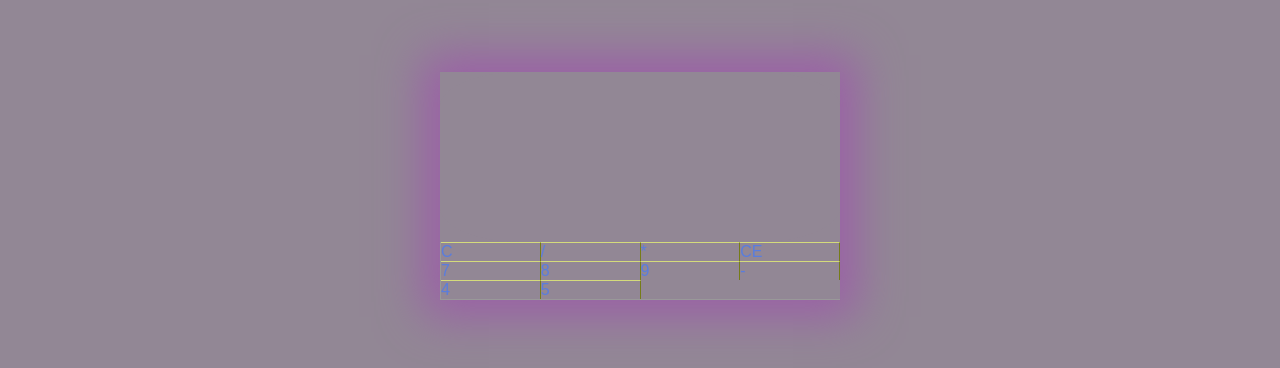
Repository: LuisMiLR/Calculatrice-with-JS---HTML---CSS-
Page: index.html
These files come from the project's save history. The page is drawn as it stood at one moment and after the next save; the edit follows.
The browser window is 1280 px wide. The pictures show the whole page.

Above is the page before, as saved 2023-03-20 22:19:40.

### index.html
<!DOCTYPE html>
<html lang="fr">
<head>
    <meta charset="UTF-8">
    <meta http-equiv="X-UA-Compatible" content="IE=edge">
    <meta name="viewport" content="width=device-width, initial-scale=1.0">
    <title>Calculator with javascript</title>
    <link rel="stylesheet" href="./style.css">

</head>
<body>
    <div class="container"></div>
    <script src="apps.js" type="module"></script>
</body>
</html>

### style.css
*{
    padding: 0;
    margin: 0;
    font-family: sans-serif;
    box-sizing: border-box;
    background-color: rgb(146, 135, 149);
}
.container {
    max-width: 400px;
    margin: 10vh auto 0 auto;
    box-shadow: 0px 0px 43px 17px rgb(155, 96, 167);
}

#display {
    text-align: right;
    height: 170px;
    border: #999;
    border-radius: 20%;
    line-height: 70px;
    padding: 16px 8px;
    font-size: 25px;
}

.buttons {
    display: grid;
    border-bottom: 1px solid #999;
    border-left: 1px solid#999;
    color: rgb(89, 125, 222);
    grid-template-columns: 1fr 1fr 1fr 1fr;
}

.buttons > div {
    border-top: 1px solid #d4db7b;
    border-right: 1px solid#767c18;
}

.bouton,
.bouton1,
.bouton2,
.bouton3,
.bouton4,
.bouton5,
.bouton6,
.bouton7,
.bouton8,
.bouton9,
.bouton10,
.bouton11,
.bouton12,
.bouton13,
.bouton14,
.bouton15,
.bouton16,
.bouton17,
.bouton18,
.bouton19
{
    border: 2.5px solid #19ae08;
    line-height: 63px;
    border-radius: 20%;
    text-align: center;
    font-size: 25px;
    cursor: pointer;
}

#egal {
    background-color: rgb(40, 40, 141);
    color: white;
}

.bouton:hover,
.bouton1:hover,
.bouton2:hover,
.bouton3:hover,
.bouton4:hover,
.bouton5:hover,
.bouton6:hover,
.bouton7:hover,
.bouton8:hover,
.bouton9:hover,
.bouton10:hover,
.bouton11:hover,
.bouton12:hover,
.bouton13:hover,
.bouton14:hover,
.bouton15:hover,
.bouton16:hover,
.bouton17:hover,
.bouton18:hover,
.bouton19:hover {
    background-color: rgb(105, 42, 126);
    transition: 0.5s ease-in-out;
}

### apps.js
const container = document.querySelector('.container');

const divId = document.createElement("div");
container.appendChild(divId);
divId.id = 'display';

let buttons = document.createElement("div");
buttons.classList.add("buttons");
container.appendChild(buttons);

const button = document.createElement('div');
button.className = "button";
button.textContent = "C";
buttons.appendChild(button);

const button1 = document.createElement('div');
button1.className = "button";
button1.textContent = "/";
buttons.appendChild(button1);

const button2 = document.createElement('div');
button2.className = "button";
button2.textContent = "*";
buttons.appendChild(button2);

const button3 = document.createElement('div');
button3.className = "button";
button3.textContent = "CE";
buttons.appendChild(button3);

const button4 = document.createElement('div');
button4.className = "button";
button4.textContent = "7";
buttons.appendChild(button4);

const button5 = document.createElement('div');
button5.className = "button";
button5.textContent = "8";
buttons.appendChild(button5);

const button6 = document.createElement('div');
button6.className = "button";
button6.textContent = "9";
buttons.appendChild(button6);

const button7 = document.createElement('div');
button7.className = "button";
button7.textContent = "-";
buttons.appendChild(button7);

const button8 = document.createElement('div');
button8.className = "button";
button8.textContent = "4";
buttons.appendChild(button8);

const button9 = document.createElement('div');
button9.className = "button";
button9.textContent = "5";
buttons.appendChild(button9);

After the next save:
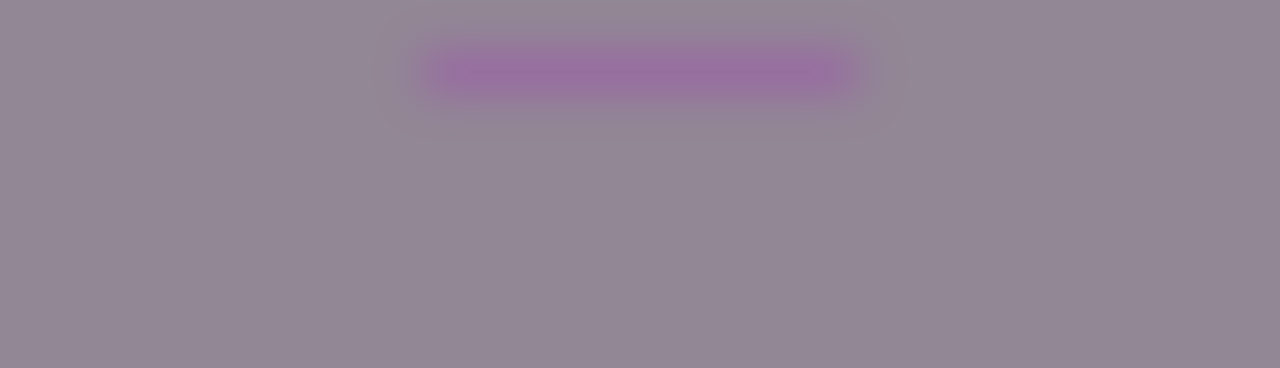
Console error: SyntaxError: Identifier 'button9' has already been declared
Saved 7 s later.
--- a/apps.js
+++ b/apps.js
@@ -57,3 +57,8 @@ const button9 = document.createElement('div');
 button9.className = "button";
 button9.textContent = "5";
 buttons.appendChild(button9);
+
+const button9 = document.createElement('div');
+button9.className = "button";
+button9.textContent = "5";
+buttons.appendChild(button9);

After the save that followed:
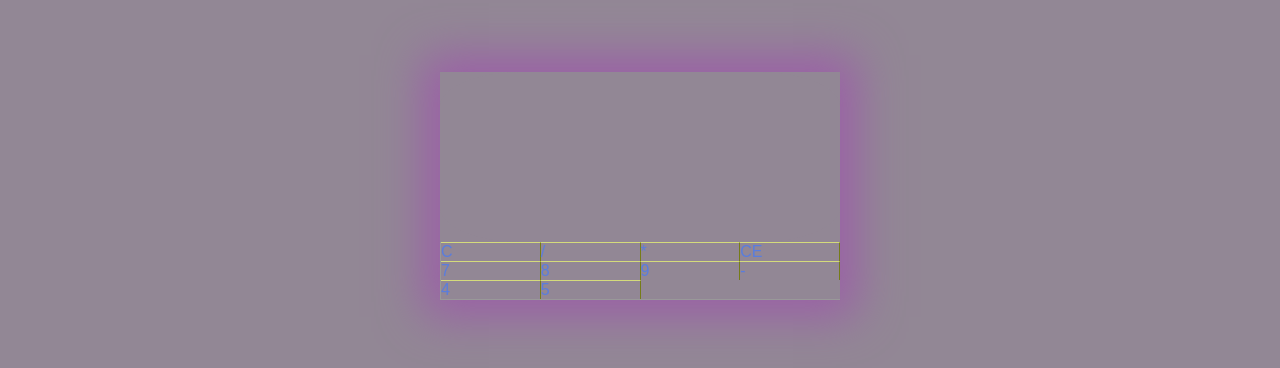
The error is gone.
Saved 4 s later.
--- a/apps.js
+++ b/apps.js
@@ -58,7 +58,7 @@ button9.className = "button";
 button9.textContent = "5";
 buttons.appendChild(button9);
 
-const button9 = document.createElement('div');
+const button10 = document.createElement('div');
 button9.className = "button";
 button9.textContent = "5";
 buttons.appendChild(button9);
